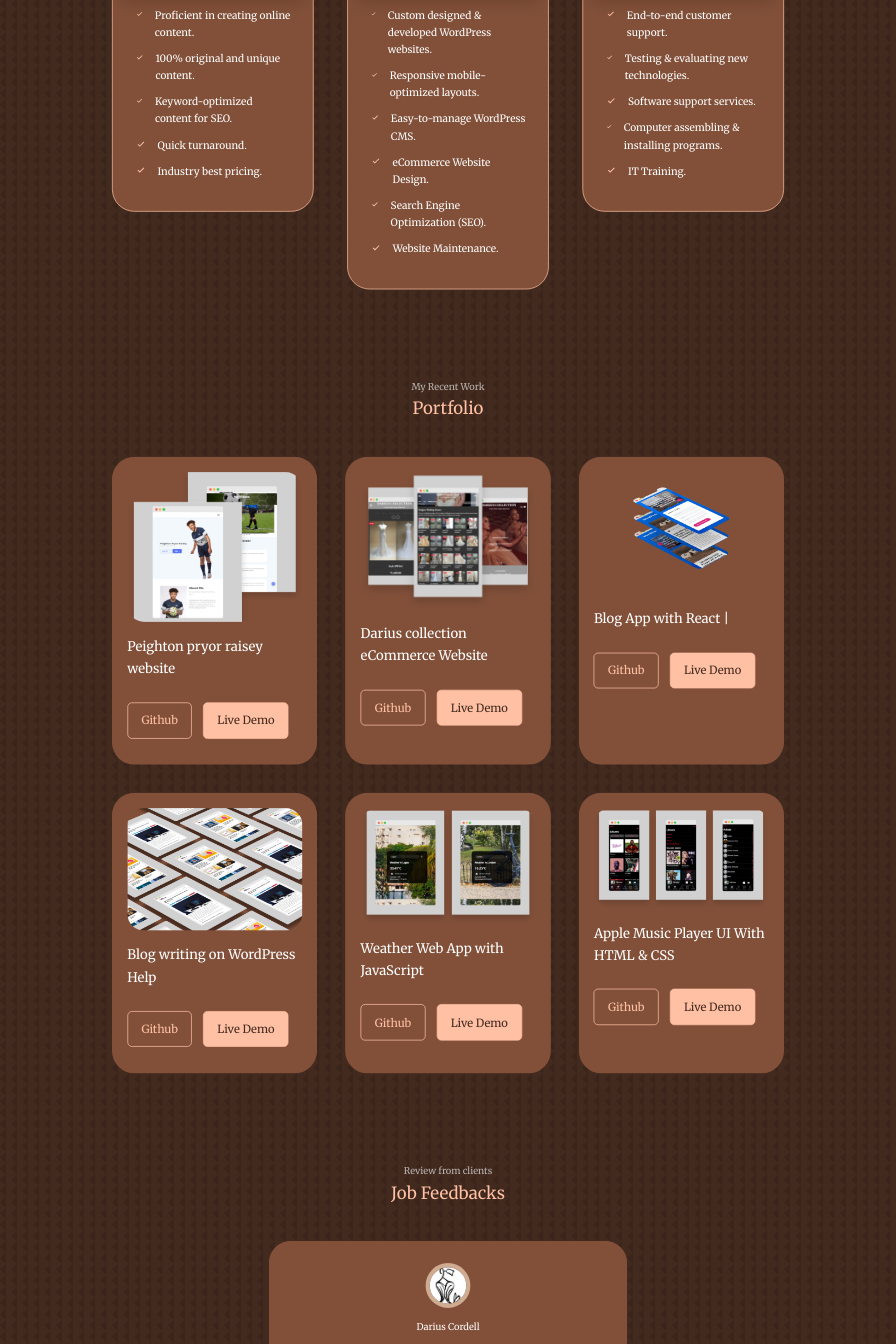
Repository: akinolapo/akinolapo-react
Page: /
The author's editor kept a copy of each file at every save. The page is drawn from the files as they stood at one save, then again after a run of saves.
The browser window is 1280 px wide. The pictures show the part of the page from y = 2499 to 4419 px (the page is 6009 px tall), at 70% of full size.
The project was rebuilt for these pictures with package versions that can differ from the ones it lists, and the page was loaded fresh each time.

Above is the page before, as saved 2022-08-17 06:26:05.

### public/index.html
<!DOCTYPE html>
<html lang="en">

<head>
    <meta charset="UTF-8">
    <meta http-equiv="X-UA-Compatible" content="IE=edge">
    <meta name="viewport" content="width=device-width, initial-scale=1.0">
    <meta
      name="description"
      content="I am a Front-end Developer who has worked for several companies. I have developed websites for small businesses, large companies and individuals."
    />
    <meta name="p:domain_verify" content="1e6b47b5f0d710033c44561e0f1e8f04"/>
    <link rel="apple-touch-icon" sizes="180x180" href="%PUBLIC_URL%/assets/apple-touch-icon.png">
    <link rel="icon" type="image/png" sizes="32x32" href="%PUBLIC_URL%/assets/favicon-32x32.png">
    <link rel="icon" type="image/png" sizes="16x16" href="%PUBLIC_URL%/assets/favicon-16x16.png">
    <link rel="manifest" href="%PUBLIC_URL%/assets/site.webmanifest">
    <link rel="mask-icon" href="%PUBLIC_URL%/assets/safari-pinned-tab.svg" color="#5bbad5">
    <meta name="msapplication-TileColor" content="#da532c">
    <meta name="theme-color" content="#ffffff">
    <title>Peace Akinola || Frontend Developer || IT Support Specialist</title>
</head>

<body>
    <div id="root"></div>
</body>

</html>

### src/App.jsx
import React from 'react'
import Header from './components/header/header'
import Nav from './components/nav/nav'
import About from './components/about/about'
import Experience from './components/experience/experience'
import Services from './components/services/services'
import Portfolio from './components/portfolio/portfolio'
import Review from './components/review/review'
import Contact from './components/contact/contact'
import Footer from './components/footer/footer'

const App = () => {
  return (
    <>
    <Header/>
    <Nav/>
    <About/>
    <Experience/>
    <Services/>
    <Portfolio/>
    <Review/>
    <Contact/>
    <Footer/>
    </>
  )
}

export default App

### src/components/header/header.jsx
import React from 'react'
import './header.css'
import CTA from './CTA'
// import ME from '../../assets/me.png'
import HeaderSocials from './headersocials'

const header = () => {
  return (
    <header>
      <div className="container header__container">
        <h5>Hello I'm</h5>
        <h1>Peace Akinola</h1>
        <h5 className="text-light">Frontend Developer</h5>
        <CTA/>
        <HeaderSocials/>

        <div className="me">
          <img src={process.env.PUBLIC_URL+`assets/me.png`} alt='me'></img>
        </div>

        <a href='#contact' className='scroll__down'>Scroll Down</a>
      </div>
    </header>
  )
}

export default header

### src/components/nav/nav.jsx
import React from 'react'
import './nav.css'
import {AiOutlineHome, AiOutlineUser, AiOutlineBook, AiOutlineMessage} from 'react-icons/ai'
import {RiServiceLine} from 'react-icons/ri'
import {BiBriefcase} from 'react-icons/bi'
import { useState } from 'react'

const Nav = () => {
  const [activeNav, setActiveNav] = useState('#')
  return (
    <nav>
      <a href='#' onClick={() => setActiveNav('#')} className={activeNav === '#' ? 'active' : ''}><AiOutlineHome/></a>
      <a href='#about' onClick={() => setActiveNav('#about')}  className={activeNav === '#about' ? 'active' : ''}><AiOutlineUser/></a>
      <a href='#experience' onClick={() => setActiveNav('#experience')}  className={activeNav === '#experience' ? 'active' : ''}><AiOutlineBook/></a>
      <a href='#services' onClick={() => setActiveNav('#services')}  className={activeNav === '#services' ? 'active' : ''}><RiServiceLine/></a>
      <a href='#portfolio' onClick={() => setActiveNav('#portfolio')}  className={activeNav === '#portfolio' ? 'active' : ''}><BiBriefcase/></a>
      <a href='#contact' onClick={() => setActiveNav('#contact')}  className={activeNav === '#contact' ? 'active' : ''}><AiOutlineMessage/></a>
    </nav>
  )
}

export default Nav

### src/components/about/about.jsx
import React from 'react'
import './about.css'
// import ME from '../../../public/assets/me-about.JPG'
import{FaAward} from 'react-icons/fa'
import{FiUsers} from 'react-icons/fi'
import{VscFolderLibrary} from 'react-icons/vsc'

const about = () => {
  return (
    <section id='about'>
      <h5>Get To Know</h5>
      <h2>About Me</h2>

      <div className="container about__container">
        <div className="about__me">
          <div className="about__me-img">
            <img src={process.env.PUBLIC_URL+`assets/me-about.JPG`} alt="Peace Akinola Working" />
          </div>
        </div>
        <div className="about__content">
          <div className="about__cards">
            <article className='about__card'>
              <FaAward className='about__icon'/>
              <h5>Experience</h5>
              <small>4+ Years Working</small>
            </article>

            <article className='about__card'>
              <FiUsers className='about__icon'/>
              <h5>Clients</h5>
              <small>20 + Worldwide</small>
            </article>

            <article className='about__card'>
              <VscFolderLibrary className='about__icon'/>
              <h5>Projects</h5>
              <small>50+ Completed</small>
            </article>
          </div>

          <p>
          Scrupulous web developer with over 4 years of front-end experience and admiration for responsive website design and a firm believer in the mobile-first approach.
          </p>
          <a href='#contact' className='btn btn-primary'>Let's Talk</a>
        </div>
      </div>
    </section>
  )
}

export default about

### src/components/portfolio/portfolio.jsx
import React from 'react'
import './portfolio.css'

// DATA ARRAY FOR PORTFOLIO DATA

const data =[
  {
  id: 1,
  image: process.env.PUBLIC_URL+`assets/portfolio1.png`,
  title: 'Peighton pryor raisey website',
  github: 'https://github.com/akinolapo',
  demo: 'https://p8on.net'
},
{
  id: 2,
  image: process.env.PUBLIC_URL+`assets/portfolio2.png`,
  title: 'Darius collection eCommerce Website',
  github: 'https://github.com/akinolapo',
  demo: 'https://www.dariuscordell.com'
},
{
  id: 3,
  image: process.env.PUBLIC_URL+`assets/portfolio3.png`,
  title: 'Blog App with React |',
  github: 'https://github.com/akinolapo',
  demo: 'https://sheffieldeyecare.co.uk'
},
{
  id: 4,
  image: process.env.PUBLIC_URL+`assets/portfolio4.png`,
  title: 'Blog writing on WordPress Help',
  github: 'https://github.com/akinolapo',
  demo: 'https://www.bookwebmaster.com'
},
{
  id: 5,
  image: process.env.PUBLIC_URL+`assets/portfolio5.png`,
  title: 'Weather Web App with JavaScript',
  github: 'https://github.com/akinolapo/cityWeatherApp',
  demo: 'https://weatherappforcities.netlify.app'
},
{
  id: 6,
  image: process.env.PUBLIC_URL+`assets/portfolio6.png`,
  title: 'Apple Music Player UI With HTML & CSS',
  github: 'https://github.com/akinolapo/ios-music-player',
  demo: 'https://ios-music-player.netlify.app/'
}
]

const portfolio = () => {
  return (
    <section id='portfolio'>
      <h5>My Recent Work</h5>
      <h2>Portfolio</h2>

      <div className="container portfolio__container">
       {
         data.map(({id, image, title, github, demo})=>{
           return (
            <article key={id} className='portfolio__item'>
            <div className="portfolio__item-image">
              <img src={image} alt={title}></img>
            </div>
            <h3>{title}</h3>
            <div className="portfolio__item-cta">
            <a href={github} rel="noreferrer" target='_blank' className='btn'>Github</a>
            <a href={demo} rel="noreferrer" target='_blank' className='btn btn btn-primary'>Live Demo</a>
            </div>
          </article>
           )
         })
       }
      </div>
    </section>
  )
}

export default portfolio

### src/components/footer/footer.jsx
import React from 'react'
import './footer.css'
import {FaFacebookF} from 'react-icons/fa'
import {FiInstagram} from 'react-icons/fi'
import {IoLogoTwitter} from 'react-icons/io'
import {FaPinterestP} from 'react-icons/fa'

const footer = () => {
  return (
    <footer>
        <a href='#' className='footer__logo'>Akinolapo</a>

        <ul className='permalinks'>
            <li><a href='#'>Home</a></li>
            <li><a href='#about'>About</a></li>
            <li><a href='#experience'>Experience</a></li>
            <li><a href='#services'>Services</a></li>
            <li><a href='#portfolio'>Portfolio</a></li>
            <li><a href='#review'>Reviews</a></li>
            <li><a href='#contact'>Contact</a></li>
        </ul>

        <div className="footer__socials">
        <a href='https://facebook.com/akinolapo.wp' target= "_blank" rel="noreferrer"><FaFacebookF/></a>
        <a href='https://instagram.com/akinolapo' target= "_blank" rel="noreferrer"><FiInstagram/></a>
        <a href='https://twitter.com/poakinola' target= "_blank" rel="noreferrer"><IoLogoTwitter/></a>
        <a href='https://www.pinterest.com/akinolapo' target= "_blank" rel="noreferrer"><FaPinterestP/></a>
        </div>

        <div className="footer__copyright">
            <small>&copy; Akinolapo. All rights reserved.</small>
        </div>
    </footer>
  )
}

export default footer

### src/components/header/header.css
header{
    height: 100vh;
    padding-top: 7rem;
    overflow: hidden;
}

.header__container{
    text-align: center;
    height: 100%;
    position: relative;
}

/*======================== CTA ========================*/
.cta{
    margin-top: 2.5rem;
    display: flex;
    gap: 1.2rem;
    justify-content: center;
}

/*======================== HEADER SOCIALS ========================*/
.header__socials{
    display: flex;
    flex-direction: column;
    align-items: center;
    gap: 0.8rem;
    position: absolute;
    left: 0;
    bottom: 3rem;
}

.header__socials::after{
    content: '';
    width: 1px;
    height: 2rem;
    background: var(--color-primary);
}

/*======================== ME ========================*/
.me{
    background: linear-gradient(var(--color-primary), transparent);
    width: 22rem;
    height: 30rem;
    position: absolute;
    left: calc(50% - 11rem);
    margin-top: 4rem;
    border-radius: 12rem 12rem 0 0;
    overflow: hidden;
    padding: 2rem 1.5rem 1.5rem 1.5rem;
}

/*======================== SCROLL DOWN ========================*/
.scroll__down{
    position: absolute;
    right: 2.3rem;
    bottom: 2.3rem;
    transform: rotate(90deg);
    font-weight: 200;
    font-size: 0.9rem;
}

/*======================== MEDIA QUERIES (TABLET DEVICES) ========================*/
@media screen and (max-width: 1024px) {
    header{
        height: 68vh;
    }
}

/*======================== MEDIA QUERIES (MOBILE DEVICES) ========================*/
@media screen and (max-width: 600px) {
   header{
       height: 100vh;
   }

   .header__socials, .scroll__down{
       display: none;
   }
}

### src/components/header/CTA.jsx
import React from 'react'
// import Resume from '../../assets/cv.pdf'

const CTA = () => {
  return (
    <div className='cta'>
        <a href= {process.env.PUBLIC_URL+`assets/cv.pdf`} download className='btn'>Download CV</a>
        <a href='#contact' className='btn btn-primary'>Let's Talk</a>
    </div>
  )
}

export default CTA

### src/components/header/headersocials.jsx
import React from 'react'
import {BsLinkedin} from 'react-icons/bs'
import {FaGithubAlt} from 'react-icons/fa'
import {FiDribbble} from 'react-icons/fi'

const headersocials = () => {
  return (
    <div className='header__socials'>
      <a href='https://www.linkedin.com/in/akinolapo' target= "new"><BsLinkedin/></a>
      <a href='https://github.com/akinolapo' target= "new"><FaGithubAlt/></a>
      <a href='https://twitter.com/akinolapo_' target= "new"><FiDribbble/></a>
    </div>
  )
}

export default headersocials

### src/components/nav/nav.css
nav{
    background: rgba(0,0,0,0.3);
    width: max-content;
    display: block;
    padding: 0.7rem 1.7rem;
    z-index: 2;
    position: fixed;
    left: 50%;
    transform: translate(-50%);
    bottom: 2rem;
    display: flex;
    gap: 0.8 rem;
    border-radius: 3rem;
    backdrop-filter: blur(15px);
}

nav a{
    background: transparent;
    padding: 0.8rem;
    border-radius: 50%;
    display: flex;
    color: var(--color-light);
    font-size: 1.1rem;
}

nav a:hover{
    background: rgab(0, 0, 0, 0.3);
}

nav a.active{
    background: var(--color-primary);
    color: var(--color-bg);
}

### src/components/about/about.css
.about__container{
    display: grid;
    grid-template-columns: 35% 50%;
    gap: 15%;
}

.about__me{
    width: 100%;
    aspect-ratio: 1/1;
    border-radius: 2rem;
    background: linear-gradient(
        45deg,
        transparent,
        var(--color-primary),
        transparent
    );
    display: grid;
    place-items: center;
}

.about__me-img{
    border-radius: 2rem;
    overflow: hidden;
    transform: rotate(10deg);
    transition: var(--transition);
}

.about__me-img:hover{
    transform: rotate(0);
}

.about__cards{
    display: grid;
    grid-template-columns: repeat(3, 1fr);
    gap: 1.5rem;
}

.about__card{
    background: var(--color-bg-variant);
    border: 1px solid transparent;
    border-radius: 1rem;
    padding: 2rem;
    text-align: center;
    transition: var(--transition);
}

.about__card:hover{
    background: transparent;
    border-color: var(--color-primary-variant);
    cursor: default;
}

.about__icon{
    color: var(--color-primary);
    font-size: 1.4rem;
    margin-bottom: 1rem;
}

.about__card h5{
    font-size: 0.95rem;
}

.about__card small{
    font-size: 0.7rem;
    color: var(--color-light);
}

.about__content p{
    margin: 2rem 0 2.6rem;
    color: var(--color-light);
}

/*======================== MEDIA QUERIES (TABLET DEVICES) ========================*/
@media screen and (max-width: 1024px) {
    .about__container{
        grid-template-columns: 1fr;
        gap: 0;
    }

    .about__me{
        width: 50%;
        margin: 2rem auto 4rem;
    }

    .about__content p{
        margin: 1rem 0 1.5rem;
    }
}

/*======================== MEDIA QUERIES (MOBILE DEVICES) ========================*/
@media screen and (max-width: 600px) {
   .about__me{
       width: 65%;
       margin: 0 auto 3rem;
       margin-top: 2rem;
   }

   .about__cards{
       margin-top: 2rem;
       grid-template-columns: 1fr 1fr;
       gap: 1rem;
   }

   .about__content{
       text-align: center;
   }

   .about__content p{
       margin: 1.5rem 0;
   }
}

### src/components/experience/experience.css
.experience__container{
    display: grid;
    grid-template-columns: 1fr 1fr;
    gap: 2rem;
}

.experience__container > div {
    background: var(--color-bg-variant);
    padding: 2.4rem 5rem;
    border-radius: 2rem;
    border: 1px solid transparent;
    transition: var(--transition);
}

.experience__container > div:hover{
    border-color: var(--color-primary);
    background: transparent;
    color: var(--color-primary-variant);
    cursor: default;
}

.experience__container > div h3{
    text-align: center;
    margin-bottom: 2rem;
    color: var(--color-primary);
}

.experience__content{
    display: grid;
    grid-template-columns: 1fr 1fr;
    row-gap: 2rem;
}

.experience__details{
    display: flex;
    gap: 1rem;
}

.experience__details-icon{
    margin-top: 6px;
    color: var(--color-primary);
}

/*======================== MEDIA QUERIES (TABLET DEVICES) ========================*/
@media screen and (max-width: 1024px) {
    .experience__container{
        grid-template-columns: 1fr;
    }
    .experience__container >div {
        width: 80%;
        padding: 2rem;
        margin: 0 auto;
    }
    .experience__content{
        padding: 1rem;
    }

}

/*======================== MEDIA QUERIES (MOBILE DEVICES) ========================*/
@media screen and (max-width: 600px) {
  .experience__container{
      gap: 1rem;
  }

  .experience__container > div{
      width: 100%;
      padding: 2rem 1rem;
  }
}

### src/components/services/services.css
.services__container{
    display: grid;
    grid-template-columns: repeat(3, 1fr);
    gap: 3rem;
}

.service{
    background: var(--color-bg-variant);
    border-radius: 0 0 2rem 2rem;
    border:  1px solid var(--color-primary);
    height: fit-content;
    transition: var(--transition);
}

.service:hover{
    background: transparent;
    border-color: var(--color-primary-variant);
    cursor: default;
}

.service__head{
    background: var(--color-primary);
    padding: 2rem;
    border-radius: 0 0 2rem 2rem;
    box-shadow: 0 2rem 1rem rgba(0, 0, 0, 0.1);
}

.service__head h3{
    color: var(--color-bg);
    text-align: center;
}

.service__list{
    padding: 2rem;
}

.service__list li{
    display: flex;
    gap: 1rem;
    margin-bottom: 0.8rem;
}

.service__list-icon{
    color: var(--color-primary);
    margin-top: 2px;
}

.service__list p{
    font-size: 0.9rem;
}


/*======================== MEDIA QUERIES (TABLET DEVICES) ========================*/
@media screen and (max-width: 1024px) {
    .services__container{
        grid-template-columns: 1fr 1fr;
        gap: 2rem;
    }

    .service{
        height: auto;
    }
  }


/*======================== MEDIA QUERIES (MOBILE DEVICES) ========================*/
@media screen and (max-width: 600px) {
    .services__container{
        grid-template-columns: 1fr;
        gap: 1.5rem;
    }
  }

### src/components/portfolio/portfolio.css
.portfolio__container{
    display: grid;
    grid-template-columns: repeat(3, 1fr);
    gap: 2.5rem;
}

.portfolio__item{
    background: var(--color-bg-variant);
    padding: 1.3rem;
    border-radius: 2rem;
    border: 1px solid transparent;
    transition: var(--transition);
}

.portfolio__item:hover{
    border-color: var(--color-primary-variant);
    background: transparent;
}

.portfolio__item-image{
    border-radius: 1.5rem;
    overflow: hidden;
}

.portfolio__item h3{
    margin: 1.2rem 0 2rem;
}

.portfolio__item-cta{
    display: flex;
    gap: 1rem;
    margin-bottom: 1rem;
}

/*======================== MEDIA QUERIES (TABLET DEVICES) ========================*/
@media screen and (max-width: 1024px) {
    .portfolio__container{
        grid-template-columns: 1fr 1fr;
        gap: 1.2rem;
    }
  }


/*======================== MEDIA QUERIES (MOBILE DEVICES) ========================*/
@media screen and (max-width: 600px) {
    .portfolio__container{
        grid-template-columns: 1fr;
        gap: 1rem;
    }
  }

### src/components/review/review.css
.container.review__container{
    width: 40%;
    padding-bottom: 4rem;
}

.client__avatar{
    width: 4rem;
    aspect-ratio: 1/1;
    overflow: hidden;
    border-radius: 50%;
    margin: 0 auto 1rem;
    border: 0.4rem solid var(--color-primary-variant);
}

.review{
    background: var(--color-bg-variant);
    text-align: center;
    padding: 2rem;
    border-radius: 2rem;
    user-select: none;
}

.client__review{
    color: var(--color-light);
    font-weight: 300;
    display: block;
    width: 80%;
    margin: 0.8rem auto 0;
}

.swiper-pagination-clickable .swiper-pagination-bullet{
    background: var(--color-primary);
}

/*======================== MEDIA QUERIES (TABLET DEVICES) ========================*/
@media screen and (max-width: 1024px) {
    .container.review__container{
       width: 60%;
   }
}

/*======================== MEDIA QUERIES (MOBILE DEVICES) ========================*/
@media screen and (max-width: 600px) {
    .container.review__container{
        width: var(--container-width-sm);
    }

    .client__review{
        width: var(--container-width-sm);
    }
}

### src/components/contact/contact.css
.container.contact__container{
    width: 58%;
    display: grid;
    grid-template-columns: 30% 50%;
    gap: 12rem;
}

.contact__options{
    display: flex;
    flex-direction: column;
    gap: 1.2rem;
}

.contact__option{
    background: var(--color-bg-variant);
    padding: 1.2rem;
    border-radius: 1.2rem;
    text-align: center;
    border: 1px solid transparent;
    transition: var(--transition);
}

.contact__option:hover {
    background: transparent;
    border-color: var(--color-primary-variant);
}

.contact__option-icon{
    font-size: 1.5rem;
    margin-bottom: 0.5rem;
}

.contact__option a{
    margin-top: .5rem;
    display: inline-block;
}

/*********************** FORM ***********************/
form{
    display: flex;
    flex-direction: column;
    gap: 1.2rem;
}

input, textarea{
    width: 100%;
    padding: 1.5rem;
    border-radius: 0.5rem;
    background: transparent;
    border: 2px solid var(--color-primary-variant);
    resize: none;
    color: var(--color-white);
}

/*======================== MEDIA QUERIES (TABLET DEVICES) ========================*/
@media screen and (max-width: 1024px) {
    .container.contact__container{
        grid-template-columns: 1fr;
        gap: 2rem;
    }
  }


/*======================== MEDIA QUERIES (MOBILE DEVICES) ========================*/
@media screen and (max-width: 600px) {
   .container.contact__container{
       grid-template-columns: 1fr;
       width: var(--container-width-sm);
   }
  }

### src/components/footer/footer.css
footer{
    background: var(--color-primary);
    padding: 3rem 0;
    text-align: center;
    font-size: .9rem;
    margin-top: 7rem;
}

footer a{
    color: var(--color-bg);
}

.footer__logo{
    font-size: 2rem;
    font-weight: 500;
    margin-bottom: 2rem;
    display: inline-block;
}

.permalinks{
    display: flex;
    flex-wrap: wrap;
    justify-content: center;
    gap: 2rem;
    margin: 0 auto 3rem;
    transition: var(--transition);
}

.footer__socials{
    display: flex;
    justify-content: center;
    gap: 1rem;
    margin-bottom: 4rem;
}

.footer__socials a{
    background: var(--color-bg);
    color: var(--color-white);
    padding: 0.8rem;
    border-radius: 0.7rem;
    display: flex;
    border: 1px solid transparent;
    transition: var(--transition);
}

.footer__socials a:hover{
    background: transparent;
    color: var(--color-bg);
    border-color: var(--color-bg);
}

.footer__copyright{
    margin-bottom: 4rem;
    color: var(--color-bg);
}

/*======================== MEDIA QUERIES (MOBILE DEVICES) ========================*/
@media screen and (max-width: 600px) {
    .permalinks{
        flex-direction: column;
        gap: 1.5rem;
    }

    .footer__socials{
        margin-bottom: 2.6rem;
    }
   }

Loaded but not shown: src/index.js (5 lines, source omitted); src/components/experience/experience.jsx (122 lines, source omitted); src/components/services/services.jsx (110 lines, source omitted); src/components/review/review.jsx (70 lines, source omitted); src/index.css (138 lines, source omitted); src/components/contact/contact.jsx (59 lines, source omitted)

After the next 5 saves:
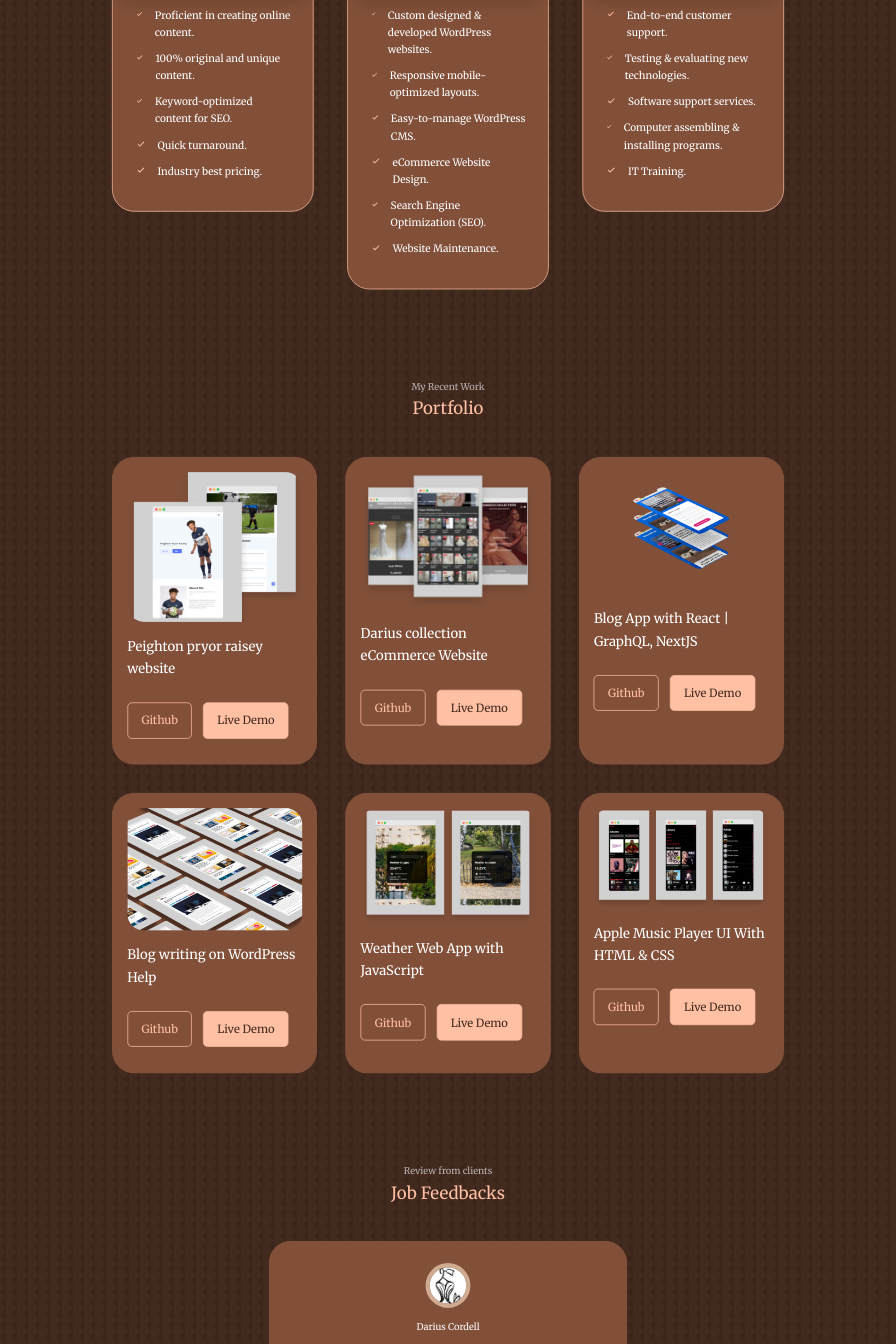
The 5 saves are shown as one change because they came seconds apart.
The last was saved 14 s later.
--- a/src/components/portfolio/portfolio.jsx
+++ b/src/components/portfolio/portfolio.jsx
@@ -21,7 +21,7 @@ const data =[
 {
   id: 3,
   image: process.env.PUBLIC_URL+`assets/portfolio3.png`,
-  title: 'Blog App with React |',
+  title: 'Blog App with React | GraphQL, NextJS',
   github: 'https://github.com/akinolapo',
   demo: 'https://sheffieldeyecare.co.uk'
 },
